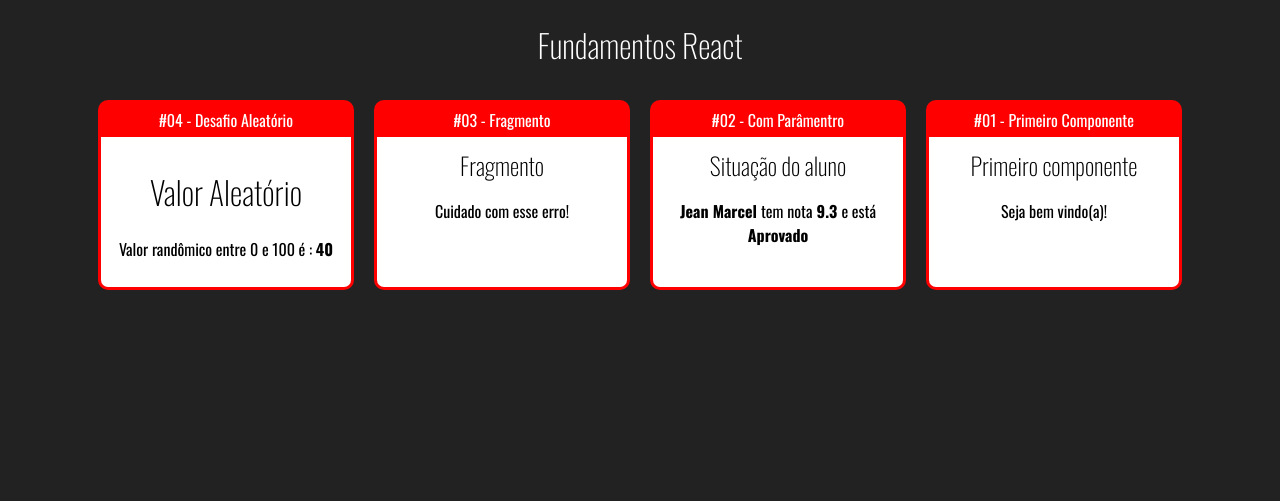
Repository: jean-siqueira/fundamentos-react
Page: /
The author's editor kept a copy of each file at every save. The page is drawn from the files as they stood at one save, then again after the next save.
The browser window is 1280 px wide. The pictures show the whole page.
The project was rebuilt for these pictures with package versions that can differ from the ones it lists, and the page was loaded fresh each time.

Above is the page before, as saved 2023-03-04 12:26:38.

After the next save:
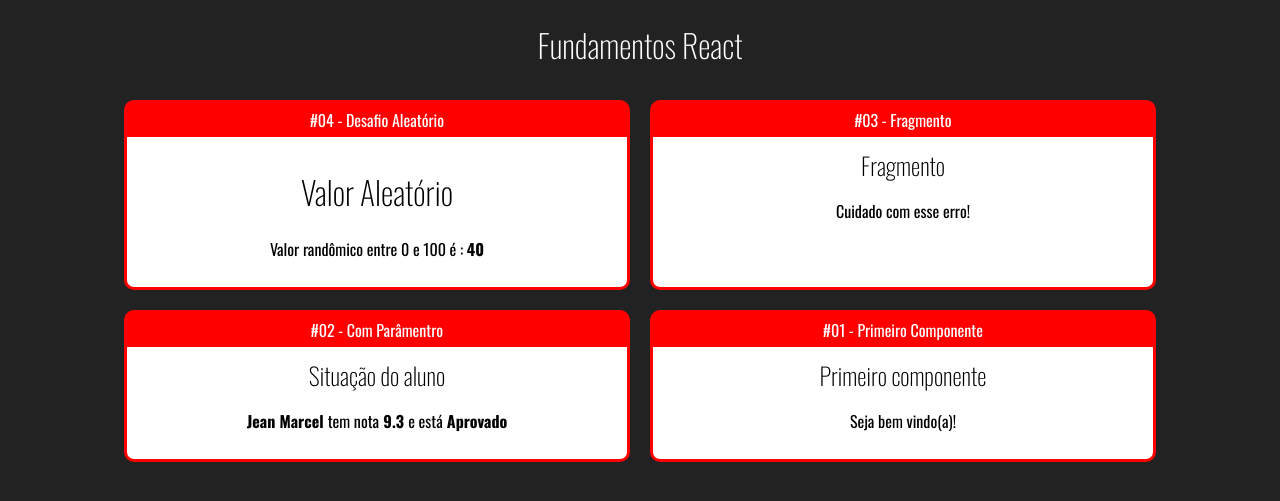
Saved 63 s later.
--- a/src/components/layout/Card.css
+++ b/src/components/layout/Card.css
@@ -7,7 +7,7 @@
 
     display: flex;
     flex-direction: column;
-    min-width: 250px;
+    min-width: 500px;
     max-width: 250px;
 }
 
